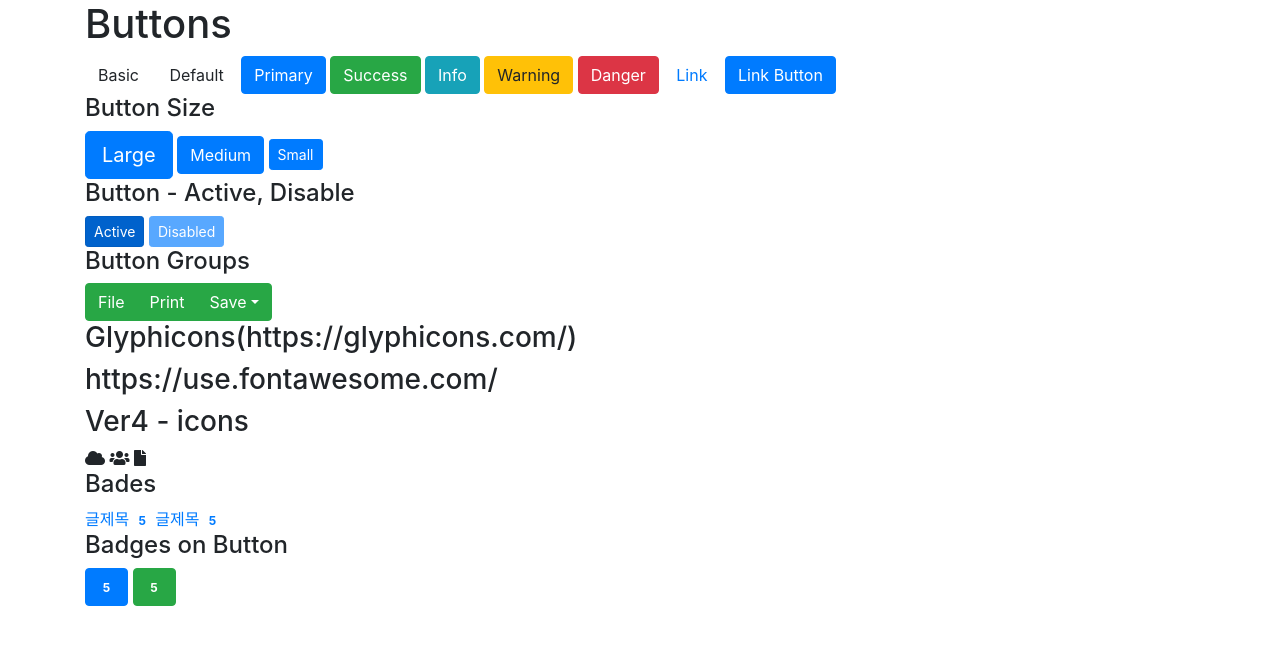
Repository: Junhee1412/front_end_practice
Page: jquery, bootstrap/js05_bootstrap/public/js04_buttons.html
An editor plug-in stored every save of this project. The page is shown before and after the next save, followed by the edit.
The browser window is 1280 px wide. The pictures show the whole page.

Above is the page before, as saved 2022-11-16 02:07:02.

After the next save:
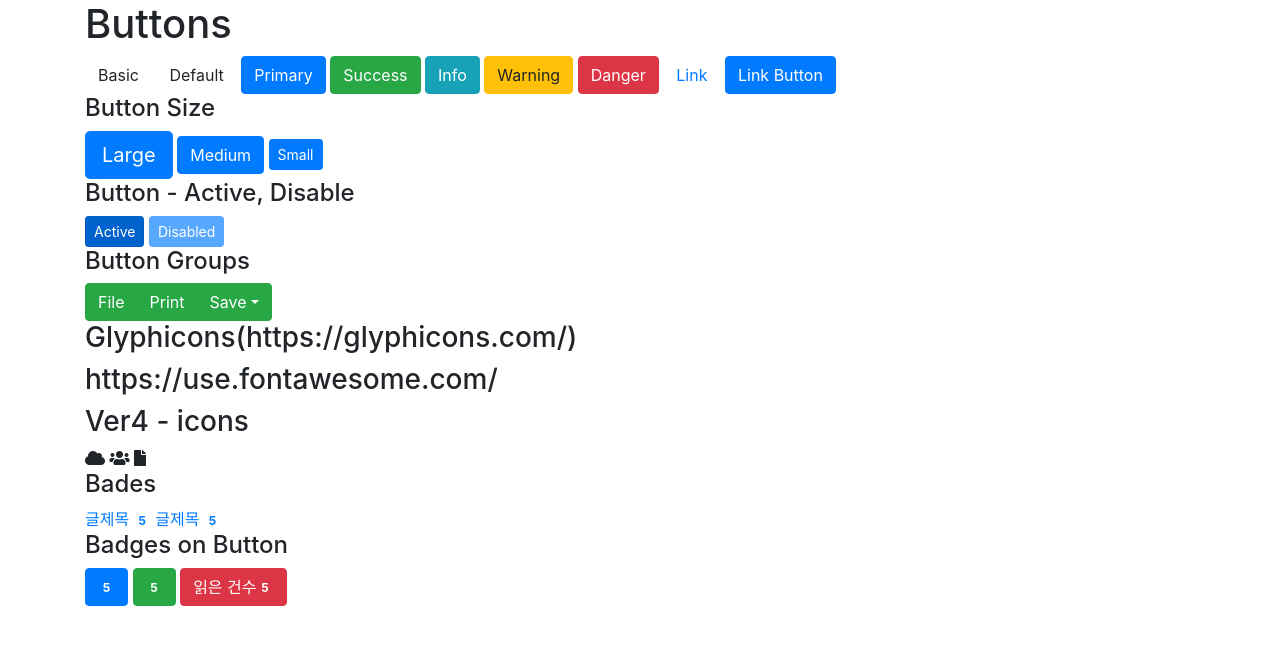
Saved 17 s later.
--- a/jquery, bootstrap/js05_bootstrap/public/js04_buttons.html
+++ b/jquery, bootstrap/js05_bootstrap/public/js04_buttons.html
@@ -63,6 +63,7 @@
 		<h4>Badges on Button</h4>
 		<button type="button" class="btn btn-primary"><span class="badge">5</span></button>
 		<button type="button" class="btn btn-success"><span class="badge">5</span></button>
+		<button type="button" class="btn btn-danger">읽은 건수<span class="badge">5</span></button>
 	</div>
 </body>
 </html>
